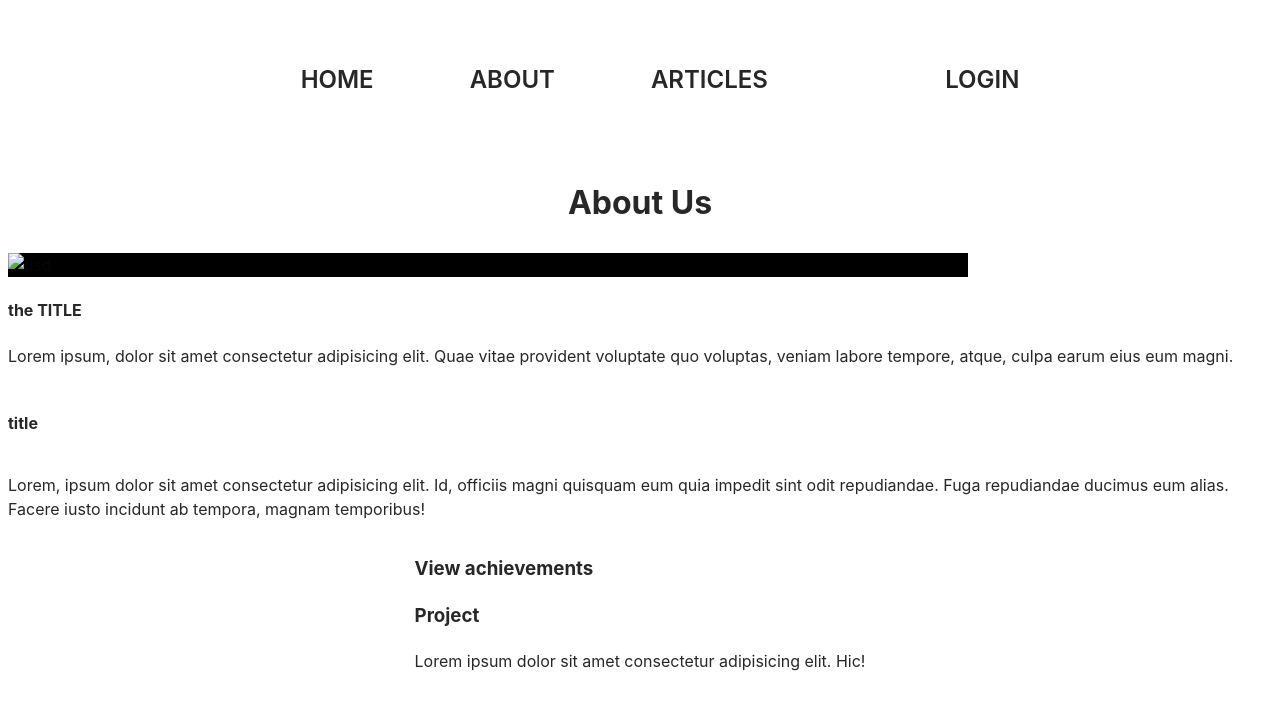
Repository: ValGrace/-static-site
Page: /about (app in client/)
An editor plug-in stored every save of this project. The page is shown before and after the next save, followed by the edit.
The browser window is 1280 px wide. The pictures show the whole page.
The project was rebuilt for these pictures with package versions that can differ from the ones it lists, and the page was loaded fresh each time. Also part of the build but not shown: client/vite.config.js, client/src/Utils/appwrite.js, client/src/Components/Inputs.css, client/src/Components/Login.jsx, client/src/Components/Signup.jsx, client/src/Components/HomeSection.jsx, client/src/Components/TopSection.jsx, client/src/Pages/HomePage.jsx.

Above is the page before, as saved 2023-02-07 13:06:21.

### client/src/main.jsx
import React from 'react'
import ReactDOM from 'react-dom/client'
import App from './App'
import './index.css'
import { BrowserRouter } from 'react-router-dom'
ReactDOM.createRoot(document.getElementById('root')).render(
  <React.StrictMode>
    <BrowserRouter>
    <App />
    </BrowserRouter>
  </React.StrictMode>,
)

### client/src/App.jsx
import PageRouter from './Routing/PageRouter'
import './App.css'

function App() {


  return (
    <div className="App">
      <PageRouter />
    </div>
  )
}

export default App

### client/src/index.css
:root {
  font-family: Inter, system-ui, Avenir, Helvetica, Arial, sans-serif;
  line-height: 1.5;
  font-weight: 400;

  color-scheme: light dark;
  color: rgba(7, 7, 7, 0.87);
  background-color: #ffffff;

  font-synthesis: none;
  text-rendering: optimizeLegibility;
  -webkit-font-smoothing: antialiased;
  -moz-osx-font-smoothing: grayscale;
  -webkit-text-size-adjust: 100%;
}

/* a {
  font-weight: 500;
  color: #646cff;
  text-decoration: inherit;
}
a:hover {
  color: #535bf2;
}

body {
  margin: 0;
  display: flex;
  place-items: center;
  min-width: 320px;
  min-height: 100vh;
}

h1 {
  font-size: 3.2em;
  line-height: 1.1;
}

button {
  border-radius: 8px;
  border: 1px solid transparent;
  padding: 0.6em 1.2em;
  font-size: 1em;
  font-weight: 500;
  font-family: inherit;
  background-color: #1a1a1a;
  cursor: pointer;
  transition: border-color 0.25s;
}
button:hover {
  border-color: #646cff;
}
button:focus,
button:focus-visible {
  outline: 4px auto -webkit-focus-ring-color;
}

@media (prefers-color-scheme: light) {
  :root {
    color: #213547;
    background-color: #ffffff;
  }
  a:hover {
    color: #747bff;
  }
  button {
    background-color: #f9f9f9;
  }
} */

### client/src/Routing/PageRouter.jsx
import Dashboard from "../Pages/Dashboard";
import HomePage from "../Pages/HomePage";
import { Routes, Route} from "react-router-dom"
import AboutPage from "../Pages/aboutPage";
const PageRouter = () => {
    return (
        <Routes>
            <Route path="/" element={<Dashboard />} />
            <Route path="/home" element={<HomePage />} />
            <Route path="/about" element={<AboutPage />} />

        </Routes>
    )
}

export default PageRouter

### client/src/App.css
.App {
  display: flex;
  flex-direction: column;
  justify-content: center;
  align-items: center;
}

### client/src/Pages/Dashboard.jsx
import React, { useReducer} from 'react'
import Login from '../Components/Login'
import Signup from '../Components/Signup'
import "../Components/Inputs.css"
const initialState = {page : <Login />}
function reducer(state, action) {
    switch(action.type) {
        case 'loginpage':
          return { page: <Login />}
        case 'signuppage':
            return { page: <Signup />}
        default:
            return { page: <h2>Loading....</h2>}
    }
}
const Dashboard = () => {
    const [state, dispatch] = useReducer(reducer, initialState)
    return (
        <div className='dashboard'>
         <h2>Static Site Generator</h2>
         <div>Static site Image</div>
         <div className='dash' id='dash'>
            <div className='toggleForms'>
                <button onClick={() => dispatch({type: 'loginpage'})} className="type-btn">Login</button>
                <button onClick={() => dispatch({type: 'signuppage'})} className="type-btn">Signup</button>
                </div>
            <React.Fragment>{state.page}</React.Fragment>

            <button id="auth-btns">Login with Github account</button>
            <button id="auth-btns">Login with Google account</button>
         </div>
       </div>
    )
}

export default Dashboard

### client/src/Pages/aboutPage.jsx
import Navbar from "../Components/Navbar"
import "../Components/InfoPage.css"
const AboutPage = () => {
   return (
    <>
    <Navbar />
    <h2 id="about-page">about us</h2>
    <div className="about-mid">
        <div className="about-info">
        <div className="abt-img">
            <img src="" alt="tisd" />
            </div>
            <div>
            <h4>the TITLE</h4>
            <p>Lorem ipsum, dolor sit amet consectetur adipisicing elit. Quae vitae provident voluptate quo voluptas, veniam labore tempore, atque, culpa earum eius eum magni.</p>
            </div>
        </div>
        <div className="about-info">
            <h4>title</h4>
            <p>Lorem, ipsum dolor sit amet consectetur adipisicing elit. Id, officiis magni quisquam eum quia impedit sint odit repudiandae. Fuga repudiandae ducimus eum alias. Facere iusto incidunt ab tempora, magnam temporibus!</p>
        </div>

    </div>
    <div>
        <h3>View achievements</h3>
        <div>
            <h3>Project</h3>
            <p>Lorem ipsum dolor sit amet consectetur adipisicing elit. Hic!</p>
        </div>
    </div>
    </>
   )
}

export default AboutPage

### client/src/Components/Navbar.jsx
import "./Navbar.css"
const Navbar = () => {
    return (
        <nav>
            <ul>
                <li>home</li>
                <li>about</li>
                <li>articles</li>
            </ul>
            <ul>
                <li>Login</li>
            </ul>
        </nav>
    )
}

export default Navbar

### client/src/Components/InfoPage.css
#about-page {
    font-size:2rem;
    text-transform: capitalize;

    width: 80vw;

    text-align: center;
}

.about-mid {
   display: flex;
   gap: 0.4rem;
   flex-wrap: wrap;
   flex-direction: column;
}

.about-info {
    /* width: 25vw; */
    display: flex;
    flex-direction: column;

}

.abt-img {
    background-color: black;
    width: 75vw;

}

### client/src/Components/Navbar.css
nav {
    width: 70vw;
    height: 20vh;
    display: flex;
}

nav > ul{
  display: flex;
  flex-direction: row;
  text-transform: uppercase;
  list-style-type: none;
  justify-content: center;
  align-items: center;
  gap: 4em;
  font-weight: 600;
  font-size: 1.5rem;
  flex-grow: 1;
}

#top-text {
    width: 80vw;
}

#top-text > h2 {
    font-size: 4.5rem;
    text-transform: capitalize;
    margin: 0;
    /* float: left; */
}

#top-text > p {
    float: right;

}

.head-section {
    display: flex;
    width: 80vw;
    gap: 0.5em;
    flex-wrap: wrap;
}

.head-img {
    background-color: rgb(1, 51, 51);
    width: 50%;
    border-radius: 0.9em;
    height: 30vh;
}

.side-section {
    display: flex;
    flex-direction: row;
    gap: 0.3rem;
    width: 40%;
}

.side-img {
    background-color: black;
    width: 5rem;
    height: 4rem;
    border-radius: 50%;
}

.side-blogs > h4, .side-blogs > p {
    margin: 0;
}

.site-descr {
    width: 80vw;
    background-color: rgba(1, 1, 12, 0.979);
    color: rgba(255, 255, 255, 0.767);
    border-radius: 9px;
    margin-top: 0.9rem;
    display: flex;
    /* gap: 0.4rem; */
    padding: 0.4rem;
    height: 25vh;
    margin-bottom: 3em;
}

.site-descr > p {
    width: 75%;
}
.site-sep {
    width: 0.1rem;
    height: 90%;
    background-color: azure;
    margin-right: 0.7rem;
}


.value-section {
   width: 80vw;
    display: flex;
    gap: 0.3rem;
    flex-wrap: wrap;
}

.single-value {
    border: 0.9px solid rgba(0, 0, 0, 0.87);
    padding: 0.8em;
    width: 20rem;
}

Loaded but not shown: client/index.html (common file)

After the next save:
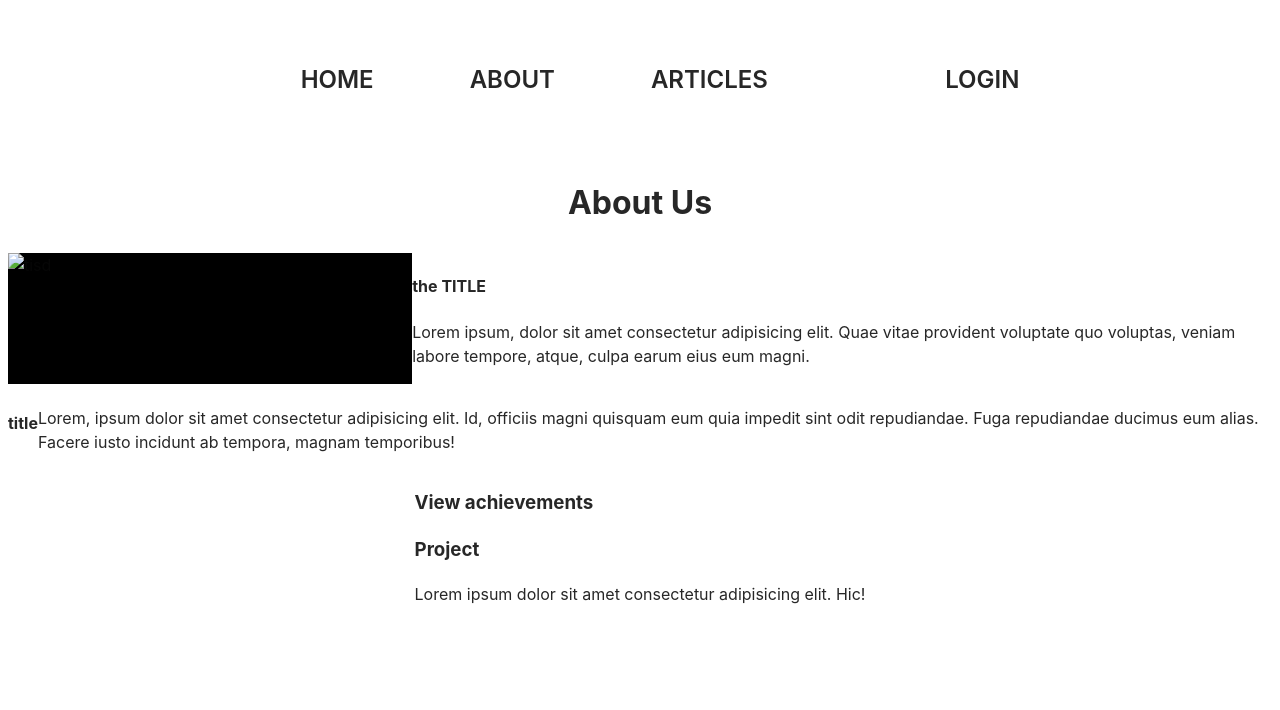
Saved 2 min 53 s later.
--- a/client/src/Components/InfoPage.css
+++ b/client/src/Components/InfoPage.css
@@ -26,3 +26,14 @@
     width: 75vw;
 
 }
+
+@media screen and (min-width: 670px) {
+    .about-info {
+        flex-direction: row;
+
+    }
+
+    .abt-img {
+        width: 45vw;
+    }
+}
